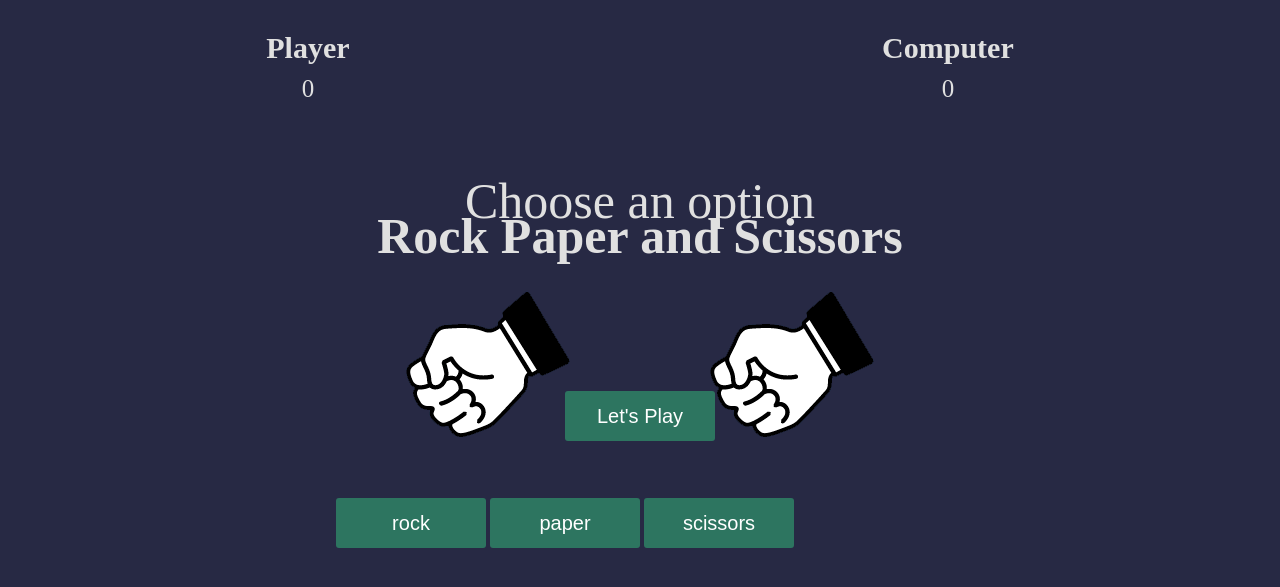
Repository: issaRan/Rock-Paper-Scissors
Page: index.html
An editor plug-in stored every save of this project. The page is shown before and after the next save, followed by the edit.
The browser window is 1280 px wide. The pictures show the whole page.

Above is the page before, as saved 2020-10-23 22:40:45.

After the next save:
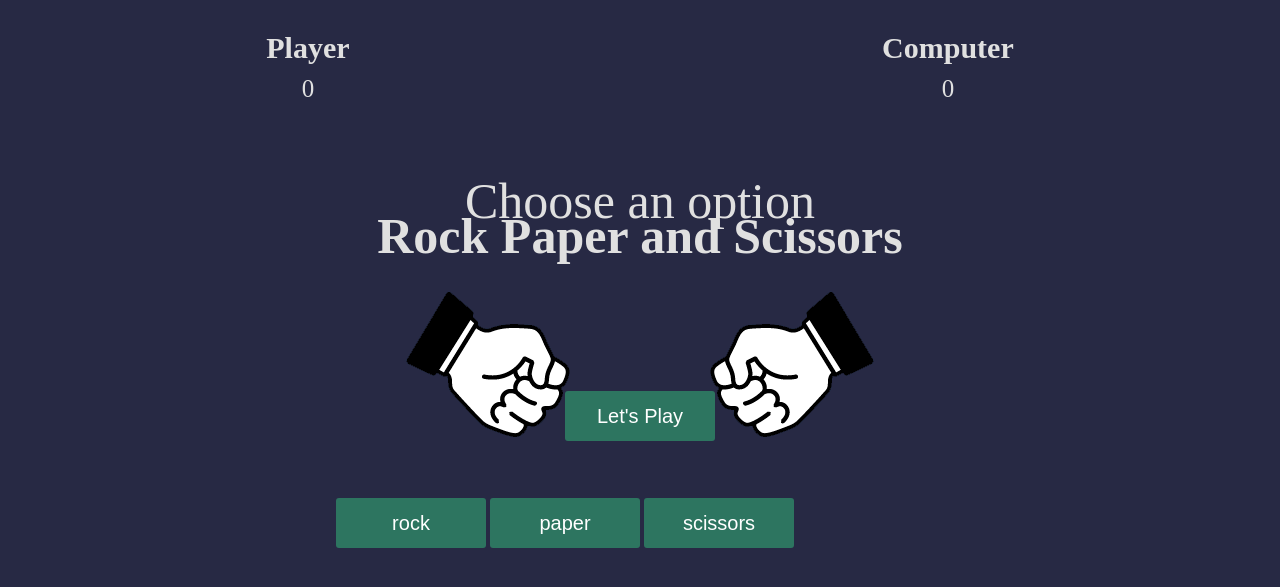
Saved 47 s later.
--- a/style.css
+++ b/style.css
@@ -64,3 +64,7 @@ section{
     justify-content: space-around;
     align-items: center;
 }
+
+.player-hand{
+    transform: rotateY(180deg);
+}
